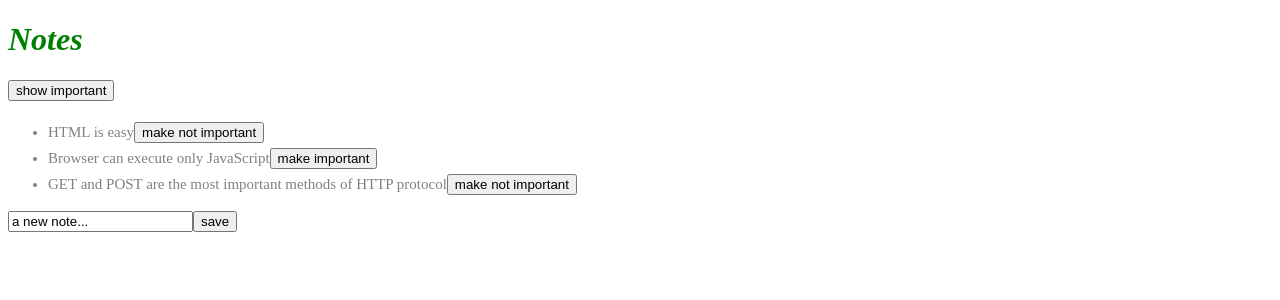
Repository: LordThiouk/part1
Page: /
An editor plug-in stored every save of this project. The page is shown before and after the next save, followed by the edit.
The browser window is 1280 px wide. The pictures show the whole page.
The project was rebuilt for these pictures with package versions that can differ from the ones it lists, and the page was loaded fresh each time. Requests to the local data server were answered from the project's data file. Also part of the build but not shown: vite.config.js.

Above is the page before, as saved 2023-09-25 19:50:48.

### src/main.jsx
import ReactDOM from "react-dom/client";
import App from "./App";
import './index.css'
ReactDOM.createRoot(document.getElementById("root")).render(<App />);

### src/App.jsx
import { useState, useEffect } from 'react'
import Note from './components/Note'
import noteService from './services/notes'
  const App = () => {
  const [notes, setNotes] = useState([])
  const [newNote, setNewNote] = useState(
    'a new note...'
  )
  const [showAll, setShowAll] = useState(true)
  useEffect(() => {
    noteService
      .getAll()
      .then(response => {
        setNotes(response.data)
      })
  }, [])
  console.log('render', notes.length, 'notes')
  const notesToShow = showAll
    ? notes
    : notes.filter(note => note.important === true)

  const addNote = (event) => {
    event.preventDefault()
    const noteObject = {
      content: newNote,
      important: Math.random() < 0.5,
    }
    noteService
      .create(noteObject)
      .then(response => {
        setNotes(notes.concat(response.data))
        setNewNote('')
      })

  }

  const handleNoteChange = (event) => {
    console.log(event.target.value)
    setNewNote(event.target.value)
  }
  const toggleImportanceOf = id => {
    const note = notes.find(n => n.id === id)
    const changedNote = { ...note, important: !note.important }

    noteService
    .update(id, changedNote)
    .then(returnedNote => {
      setNotes(notes.map(note =>
        note.id !== id
        ? note
        : returnedNote))
    })
    .catch(error => {
      alert(
        `the note '${note.content}' was already deleted from server`
      )
      setNotes(notes.filter(n => n.id !== id))
    })
  }
  return (
    <div>
      <h1>Notes</h1>
        <button onClick={() => setShowAll(!showAll)}>
          show {showAll ? 'important' : 'all' }
        </button>

      <ul>
        {notesToShow.map(note =>
          <Note
          key={note.id}
          note={note}
          toggleImportance={() =>
    toggleImportanceOf(note.id)}
          />
          )}
      </ul>
      <form onSubmit={addNote}>
        <input
          value={newNote}
          onChange={handleNoteChange}
        />
        <button type="submit">save</button>
      </form>
    </div>
  )
}


export default App

### src/index.css
h1 {
    color: green;
    font-style: italic;
}
li {
    color: grey;
    padding-top: 3px;
    font-size: 15px;
}
.note{
    color: grey;
    padding-top: 5px;
    font-size: 15px;
}

### src/components/Note.jsx
const Note = ({ note, toggleImportance }) => {
  const label = note.important
    ? 'make not important' : 'make important'

  return (
    <li className="note">
      {note.content}
      <button onClick={toggleImportance}>{label}</button>
    </li>
  )
}

  export default Note

### src/services/notes.js
import axios from 'axios'
const baseUrl = 'http://localhost:3001/notes'

const getAll = () => {
  return axios.get(baseUrl)
}

const create = newObject => {
  return axios.post(baseUrl, newObject)
}

const update = (id, newObject) => {
  return axios.put(`${baseUrl}/${id}`, newObject)
}

export default { getAll, create, update }

Loaded but not shown: index.html (common file); db.json (common file)

After the next save:
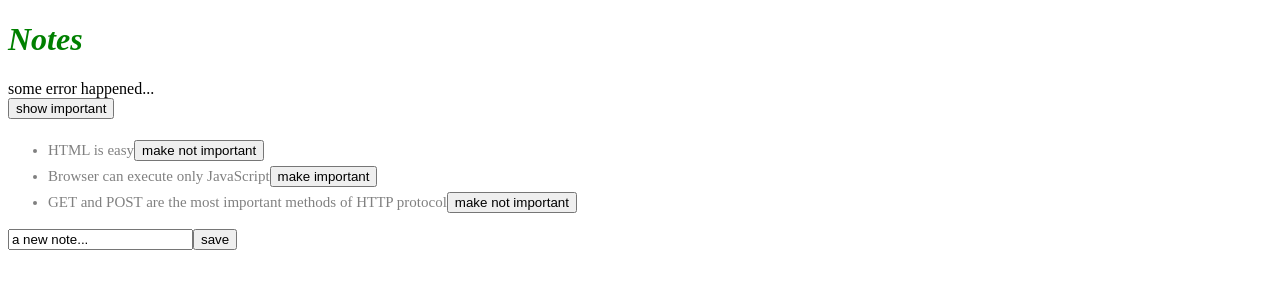
Saved 12 min 3 s later.
--- a/src/App.jsx
+++ b/src/App.jsx
@@ -6,6 +6,7 @@
   const [newNote, setNewNote] = useState(
     'a new note...'
   )
+  const [errorMessage, setErrorMessage] = useState('some error happened...')
   const [showAll, setShowAll] = useState(true)
   useEffect(() => {
     noteService
@@ -51,15 +52,19 @@
         : returnedNote))
     })
     .catch(error => {
-      alert(
-        `the note '${note.content}' was already deleted from server`
+      setErrorMessage(
+        `Note '${note.content}' was already removed from server`
       )
+      setTimeout(() => {
+        setErrorMessage(null)
+      }, 5000)
       setNotes(notes.filter(n => n.id !== id))
     })
   }
   return (
     <div>
       <h1>Notes</h1>
+      <Notification message={errorMessage} />
         <button onClick={() => setShowAll(!showAll)}>
           show {showAll ? 'important' : 'all' }
         </button>
@@ -84,6 +89,17 @@
     </div>
   )
 }
+const Notification = ({ message }) => {
+  if (message === null) {
+    return null
+  }
+
+  return (
+    <div className='error'>
+      {message}
+    </div>
+  )
+}
 
 
 export default App
